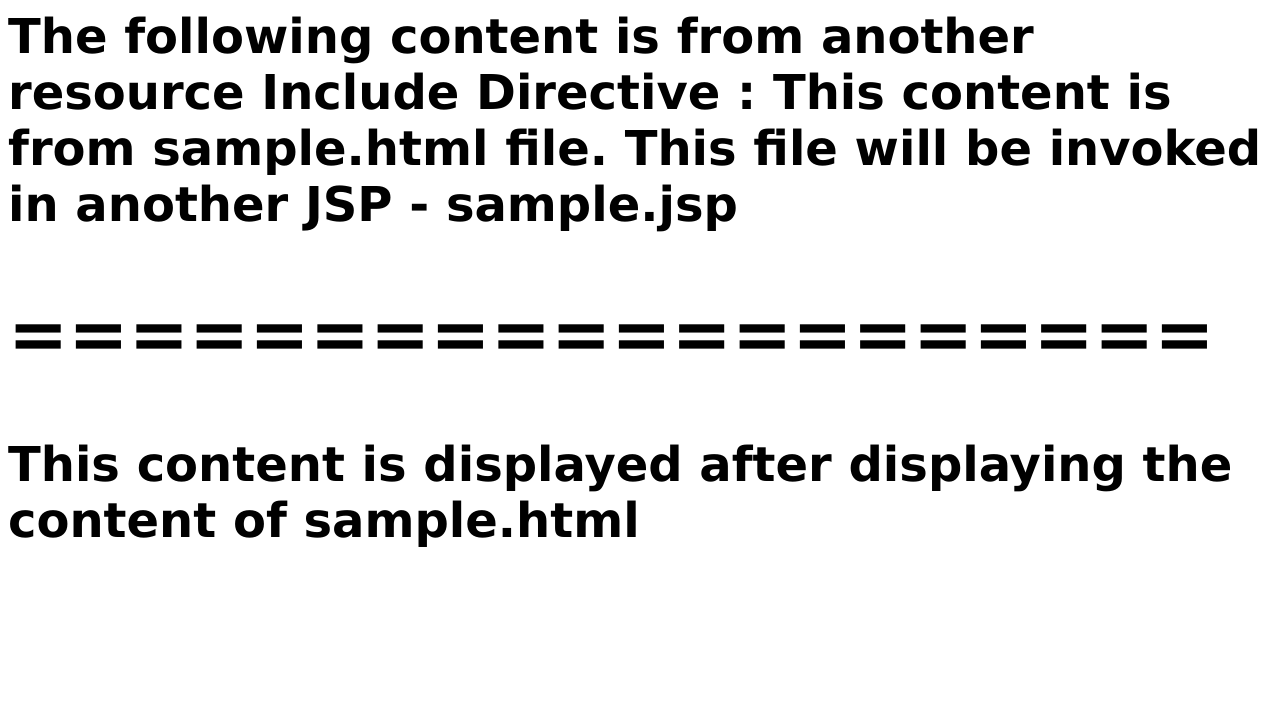
Repository: PoojithaPeddikuppa/FSD-with-Java
Page: http://localhost/JspApp/sample.jsp
The author's editor kept a copy of each file at every save. The page is drawn from the files as they stood at one save, then again after the next save.
The browser window is 1280 px wide. The pictures show the whole page.
The page is served by Tomcat 9.

Above is the page before, as saved 2024-06-05 06:13:48.

### JspApp/src/main/webapp/sample.jsp
<%@ page language="java" contentType="text/html; charset=ISO-8859-1"
    pageEncoding="ISO-8859-1"%>
<!DOCTYPE html>
<html>
<head>
<meta charset="ISO-8859-1">
<title>Java Server Page</title>
</head>
<body>
<font face="verdana" size="20"><b> The following content is from another resource
Include Directive :
<%@include file="sample.html"%>
<h2>====================</h2>
<b>This content is displayed after displaying the content of sample.html</b>
</b>
</font>
</body>
</html>

### JspApp/src/main/webapp/sample.html
<!DOCTYPE html>
<html>
<head>
<meta charset="ISO-8859-1">
<title>Sample Web page</title>
</head>
<body>
This content is from sample.html file.
This file will be invoked in another JSP - sample.jsp
</body>
</html>

### JspApp/src/main/webapp/index.jsp
<%@ page language="java" contentType="text/html; charset=ISO-8859-1"
    pageEncoding="ISO-8859-1"%>
<!DOCTYPE html>
<html>
<head>
<meta charset="ISO-8859-1">
<title>Welcome JSP</title>
</head>
<body bgcolor="yellow">
<font face="verdana" size="20"color="green">
<b>Static Content : </b>Hello World!
<br>
<b>Scriptlet : </b>
<%
for(int num =1;num<10;num++){
	out.println(num);
}
%>
<br>
<b>Declaration: </b>
<%! int number;%>
<%
number = 287;
%>
<br>
<b>Expression : </b>
<h3><%= number %></h3>
<br>
</font>
</body>
</html>

After the next save:
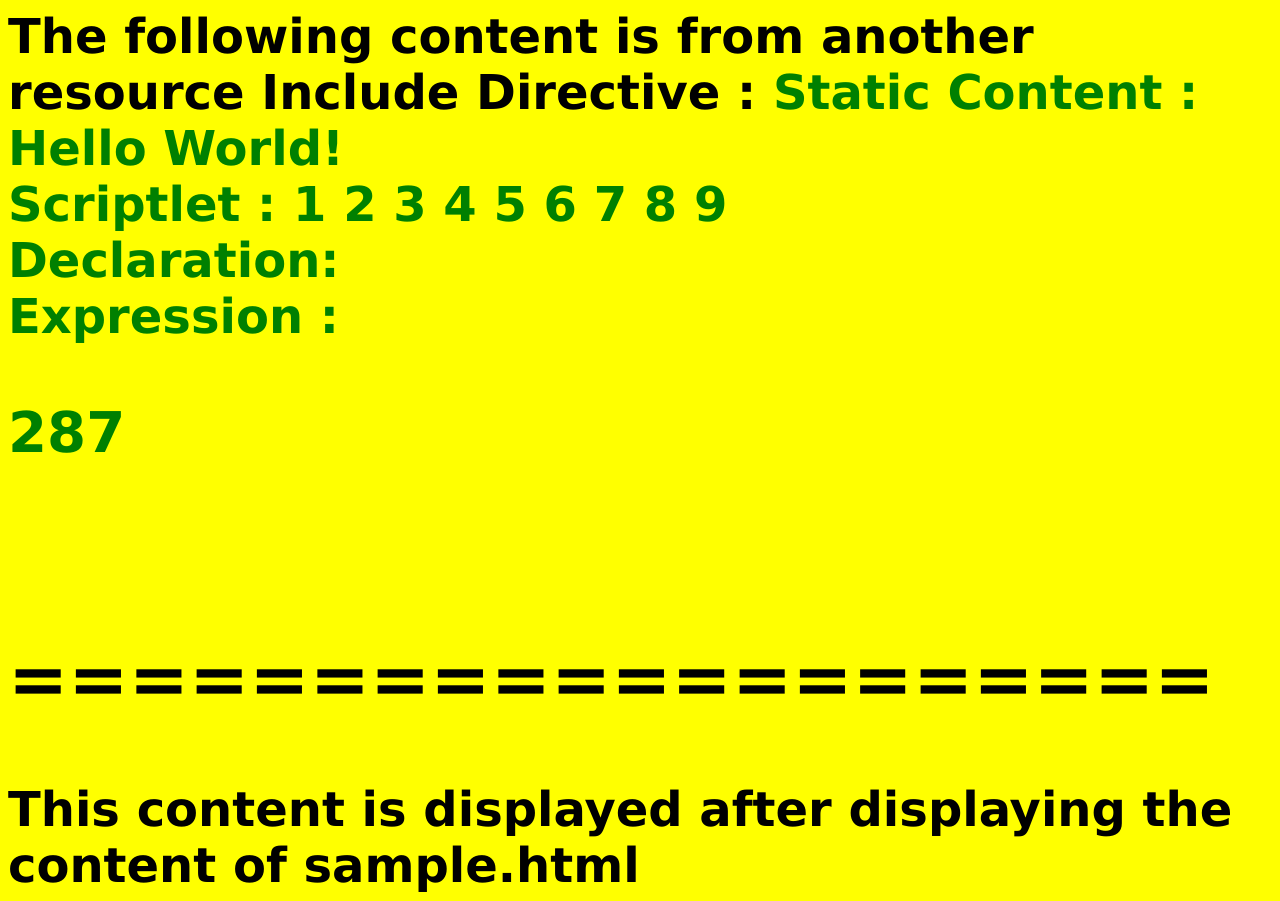
Saved 11 min 43 s later.
--- a/JspApp/src/main/webapp/sample.jsp
+++ b/JspApp/src/main/webapp/sample.jsp
@@ -9,7 +9,7 @@
 <body>
 <font face="verdana" size="20"><b> The following content is from another resource
 Include Directive :
-<%@include file="sample.html"%>
+<%@include file="index.jsp"%>
 <h2>====================</h2>
 <b>This content is displayed after displaying the content of sample.html</b>
 </b>
